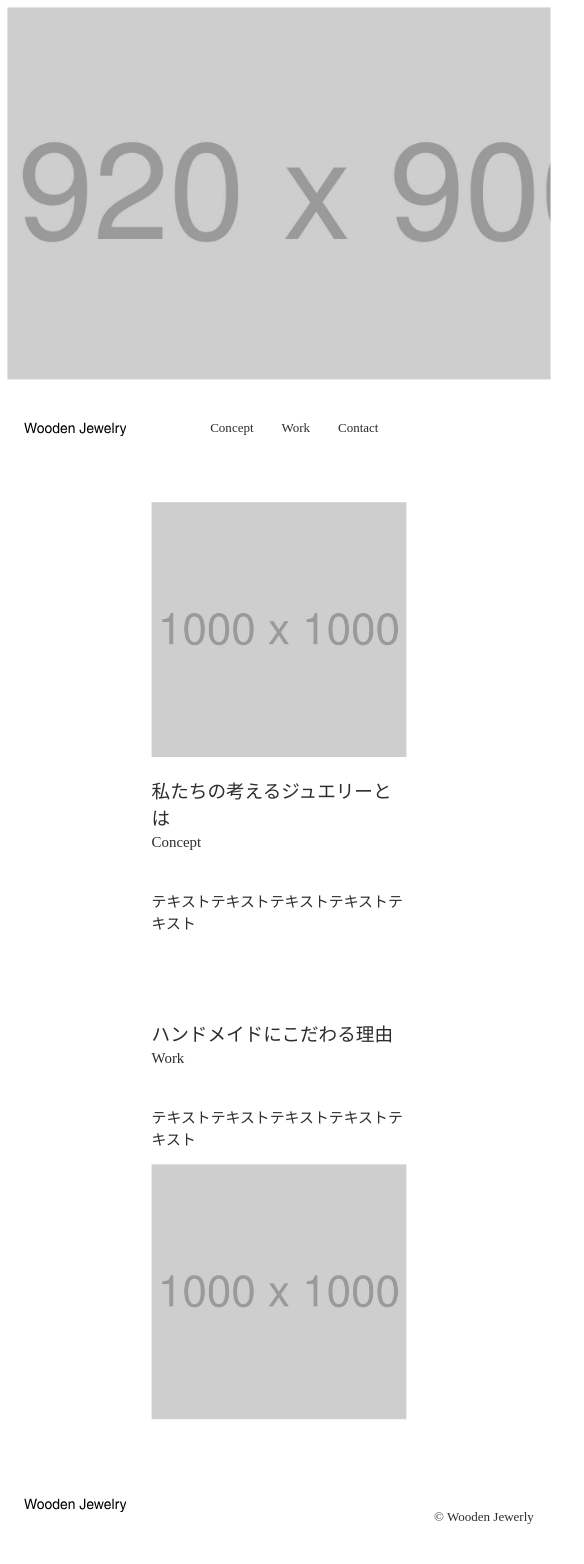
Repository: Fuki-san/jewelry
Page: http://localhost/jewelry
These files come from the project's save history. The page is drawn as it stood at one moment and after a run of saves; the edit follows.
The browser window is 600 px wide. The page is 628 px wide, so the pictures cover 628 px, including what lies to the right of the window. The pictures show the whole page, at 93% of full size.
The page is served by the project's Laravel application, run on PHP 8.4 with Laravel 10.

Above is the page before, as saved 2023-11-26 15:10:44.

After the next 2 saves:
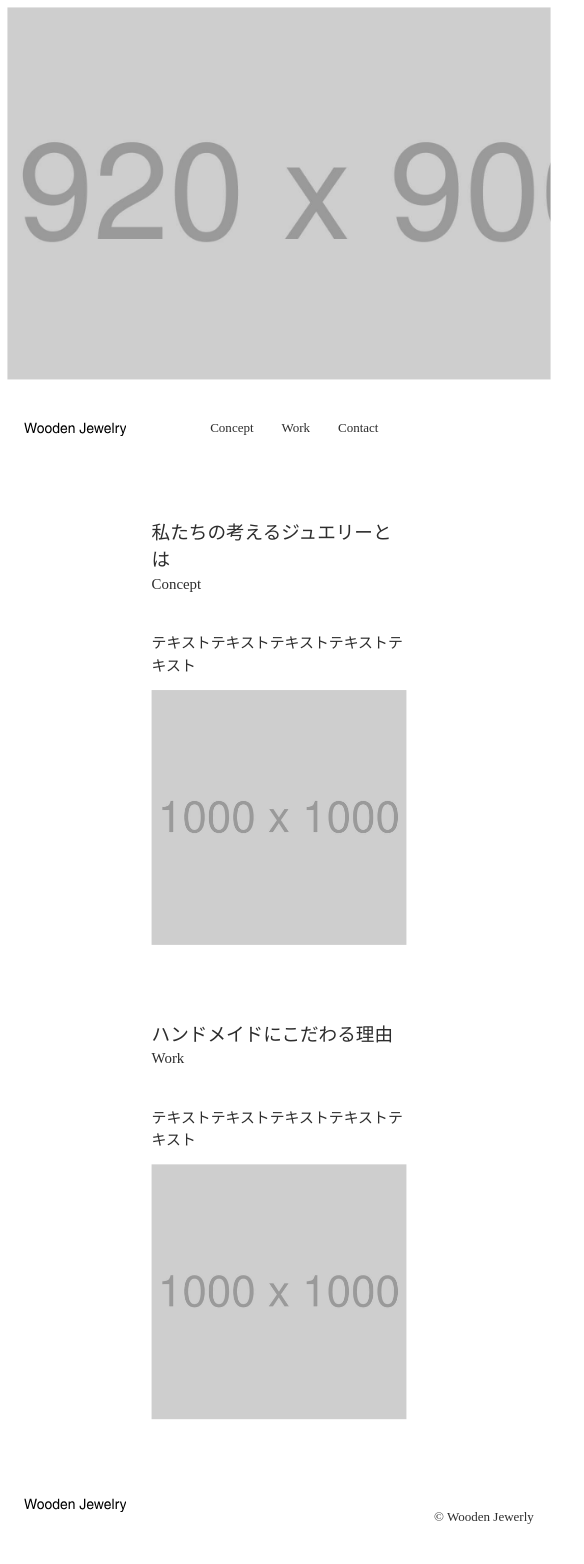
The 2 saves are shown as one change because they came seconds apart.
The last was saved 46 s later.
--- a/public/css/style.css
+++ b/public/css/style.css
@@ -120,6 +120,6 @@ img{
         flex-direction: column;
     }
     .content{
-        flex-direction: column;
+        flex-direction: column-reverse;
     }
 }
